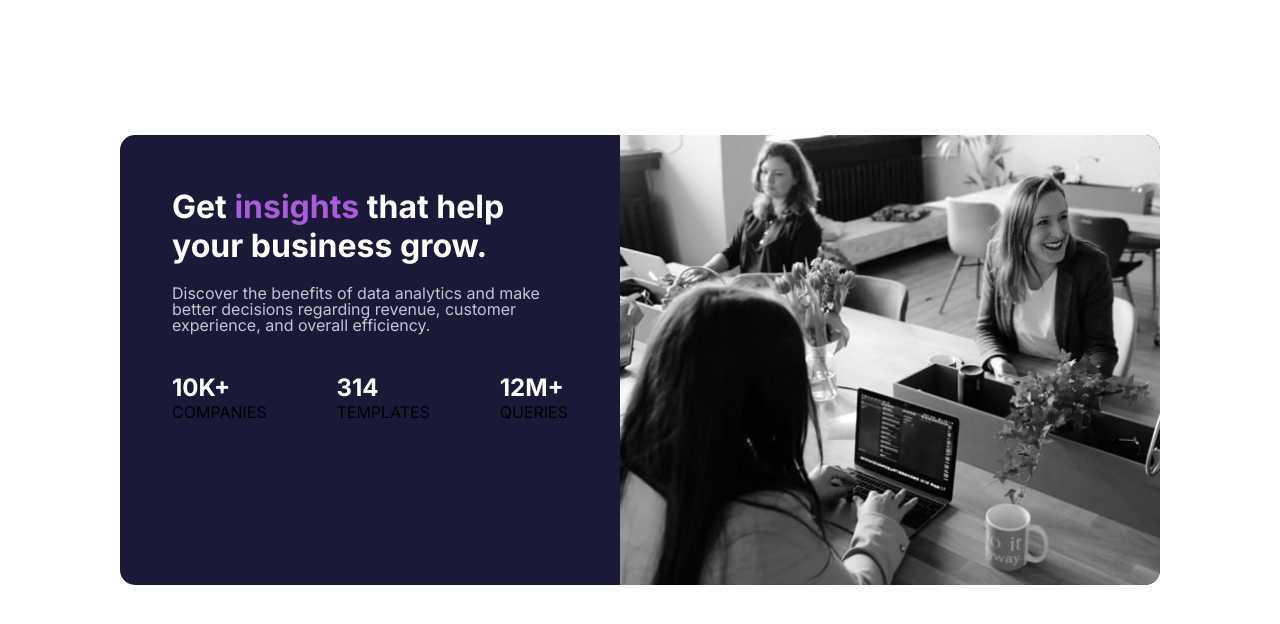
Repository: keisewarsame/stats-preview-frontendmentor
Page: index.html
These files come from the project's save history. The page is drawn as it stood at one moment and after a run of saves; the edit follows.
The browser window is 1280 px wide. The pictures show the whole page.

Above is the page before, as saved 2022-07-12 13:02:39.

After the next 2 saves:
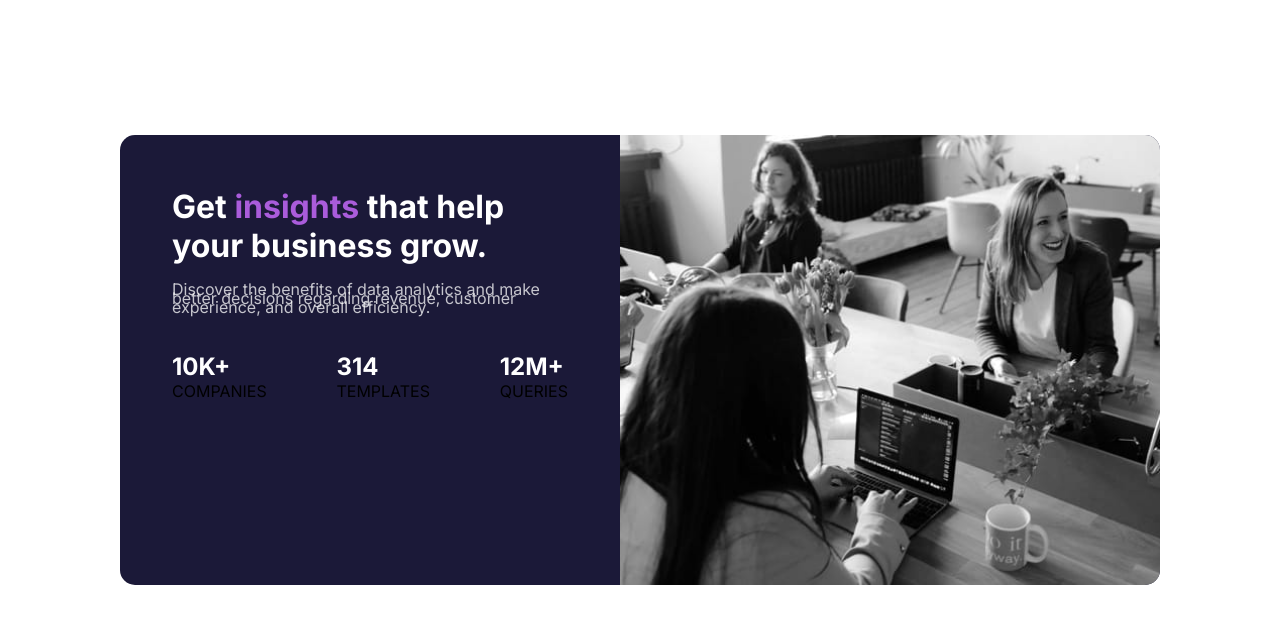
The 2 saves are shown as one change because they came seconds apart.
The last was saved 6 s later.
--- a/styles.css
+++ b/styles.css
@@ -41,7 +41,7 @@ body {
 .subtitle {
     color: hsla(0, 0%, 100%, 0.75);
     margin-bottom: 40px;
-    line-height: 1;
+    line-height: 9px;
 }
 
 .stats-component {
